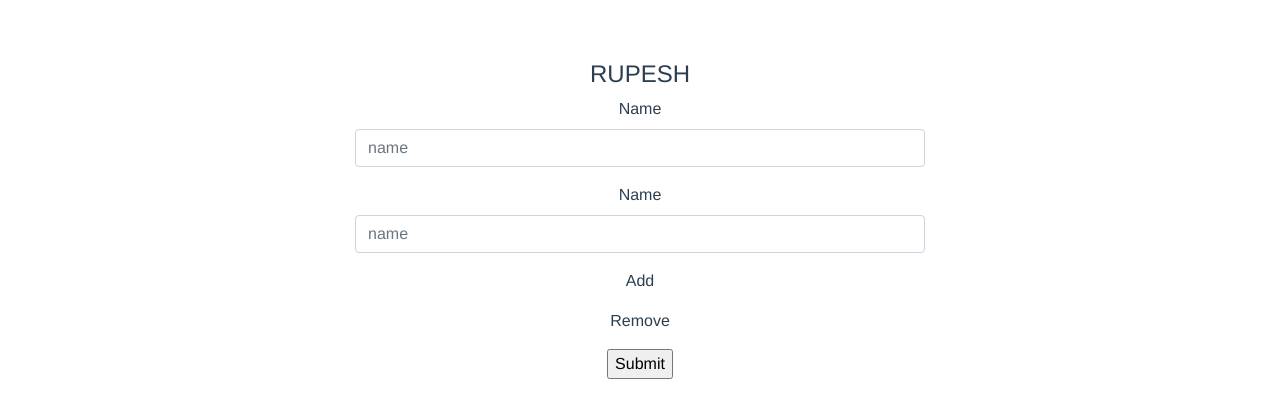
Repository: rupeshpawar93/vue-profile
Page: /company-form
The author's editor kept a copy of each file at every save. The page is drawn from the files as they stood at one save, then again after a run of saves.
The browser window is 1280 px wide. The pictures show the whole page.
The project was rebuilt for these pictures with package versions that can differ from the ones it lists, and the page was loaded fresh each time. Also part of the build but not shown: webpack.config.js, src/components/Portfolio.vue, src/components/PortfolioDetail.vue, src/components/Mycart.vue.

Above is the page before, as saved 2019-11-06 15:30:47.

After the next 3 saves:
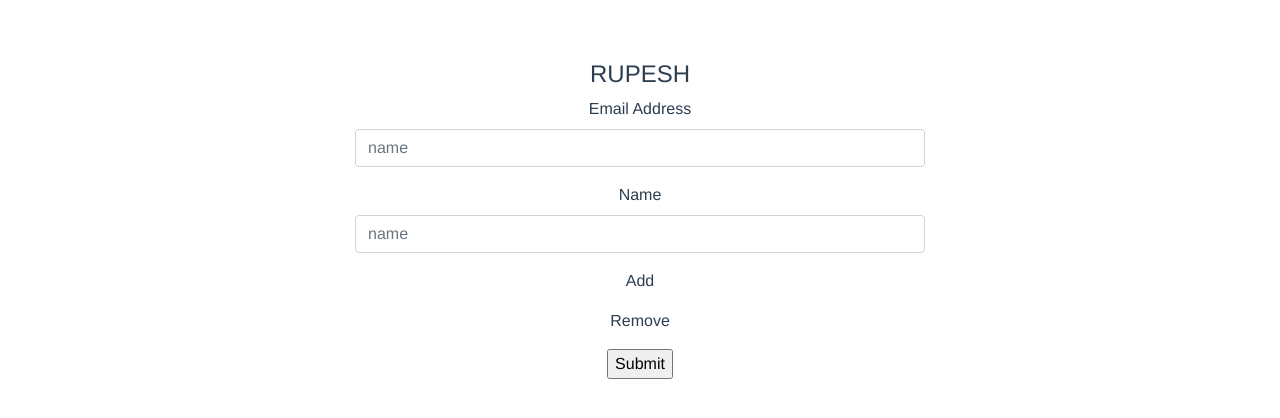
The 3 saves are shown as one change because 2 did not build or start.
The last was saved 22 s later.
--- a/src/reuse/Input.vue
+++ b/src/reuse/Input.vue
@@ -1,7 +1,7 @@
 <template>
    <div class="form-group">
-        <label for="exampleInputPassword1">Name</label>
-        <input type="text" class="form-control" value="" id="exampleInputPassword1" placeholder="name" v-model="item.name">
+        <label for="exampleInputPassword1">{{name}}</label>
+        <input type="type" class="form-control" value="" id="exampleInputPassword1" placeholder="name" v-model="item.name">
     </div>
 </template>
 
